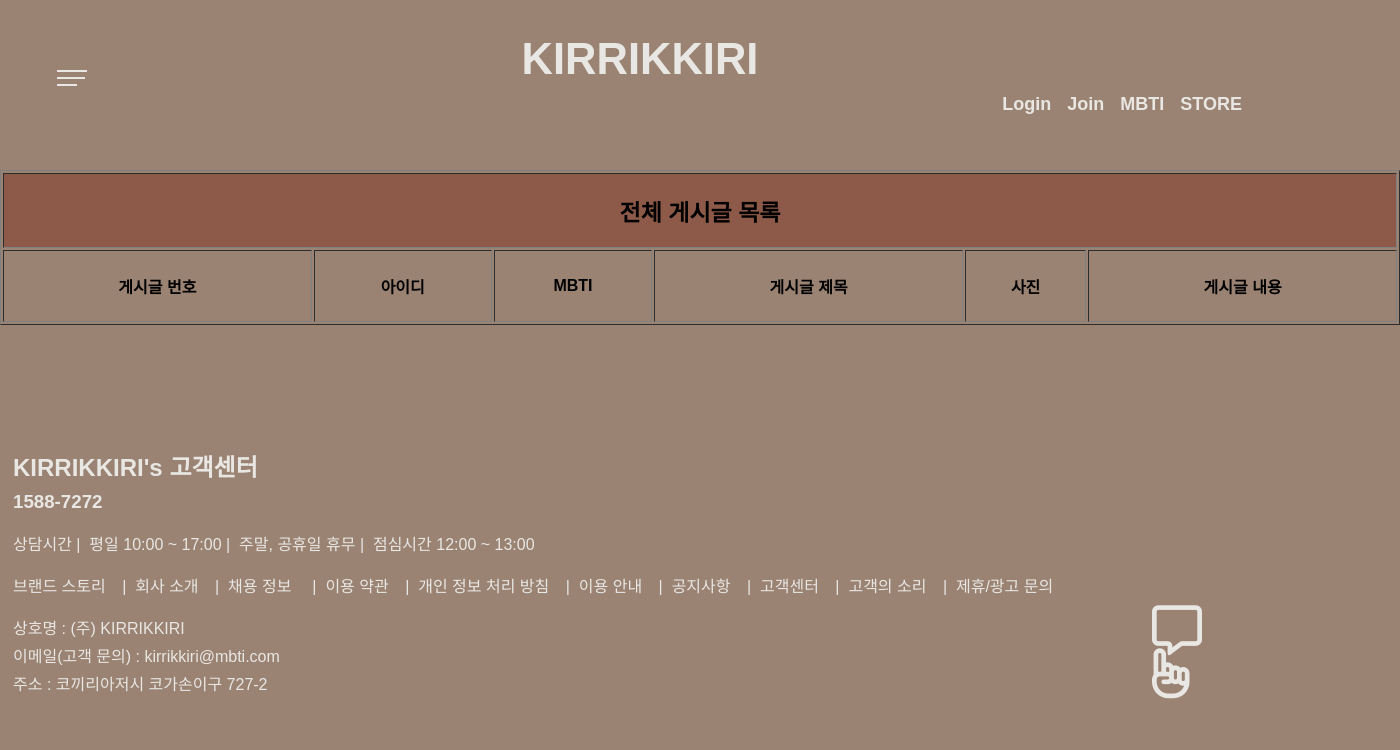
Repository: roditee/backend_mini_project
Page: http://localhost/spring_boot_backend_mini_project1/WEB-INF/views/post/postListView.jsp
The author's editor kept a copy of each file at every save. The page is drawn from the files as they stood at one save, then again after the next save.
The browser window is 1280 px wide. The page is 1400 px wide, so the pictures cover 1400 px, including what lies to the right of the window. The pictures show the whole page.
Some web libraries are served in a nearby version. The page is served by Tomcat 9. Nobody is signed in. The template is opened directly, without the code that normally fills it, so the values that code supplies are empty.

Above is the page before, as saved 2022-01-19 15:54:10.

After the next save:
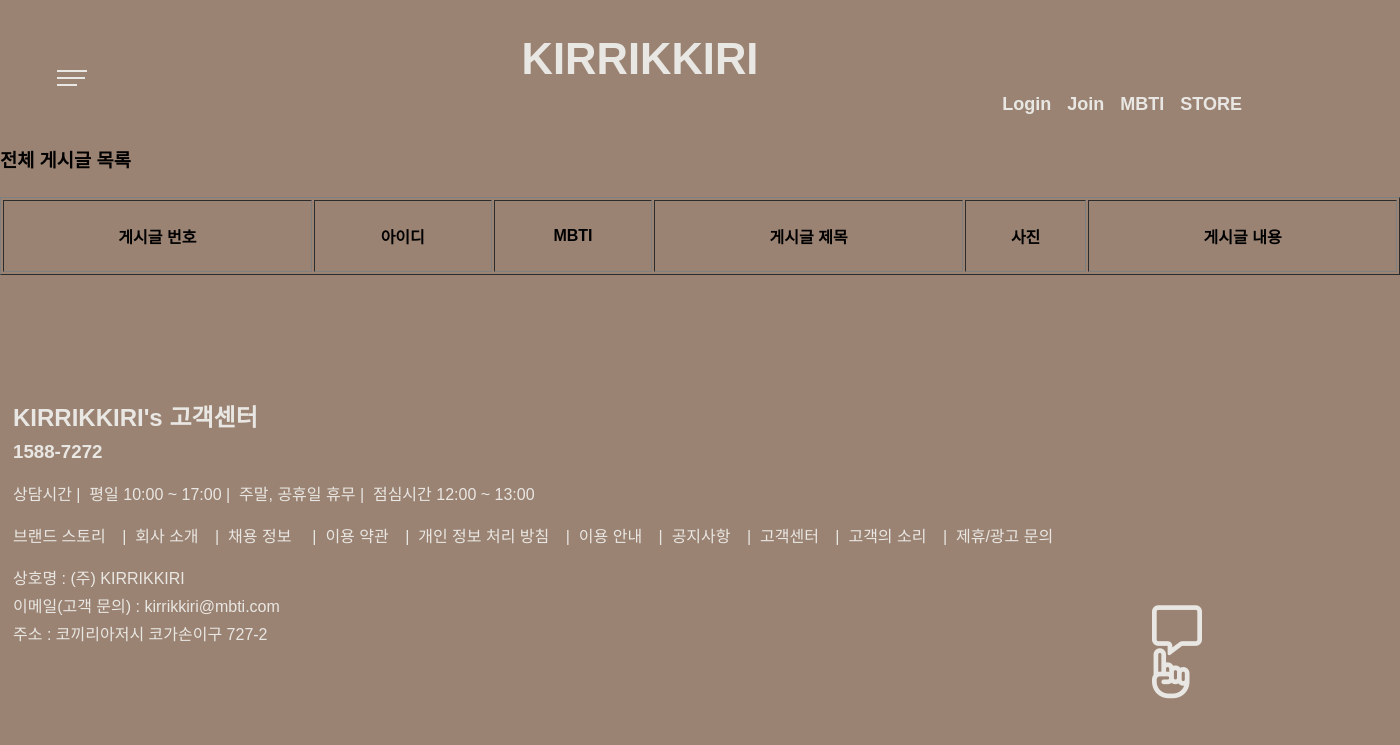
Saved 17 min 14 s later.
--- a/springProject_ex_workspace/spring_boot_backend_mini_project1/src/main/webapp/WEB-INF/views/post/postListView.jsp
+++ b/springProject_ex_workspace/spring_boot_backend_mini_project1/src/main/webapp/WEB-INF/views/post/postListView.jsp
@@ -13,10 +13,11 @@
 		<jsp:include page="/WEB-INF/views/layout/top.jsp" flush='true'/>
 
 		<section>
+			<h3>전체 게시글 목록</h3>
+
 			<table border="1" width="900">
-				<tr><th colspan="6" id="titleRow">전체 게시글 목록</th></tr>
+
 				<tr id="secondRow"><th>게시글 번호</th><th>아이디</th><th>MBTI</th><th>게시글 제목</th><th>사진</th><th>게시글 내용</th></tr>
-
 			   <c:forEach items="${postList }" var="post">
 			   	<tr class="rows"><td><a href="<c:url value='/post/detailViewPost/${post.postNo}'/>">${post.postNo }</a></td>
 		   			<td>${post.memId }</td>
